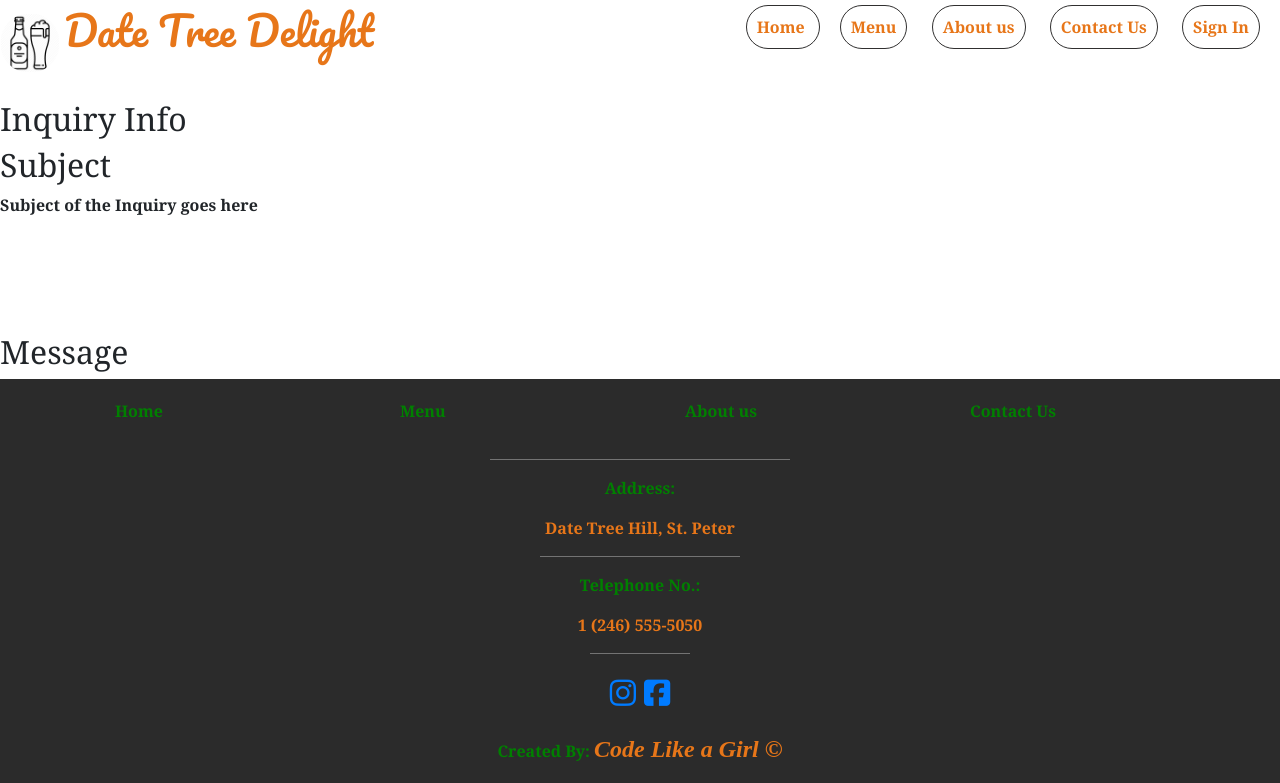
Repository: jadagoring/DateTreeDelight
Page: http://localhost/inquiryinfo.php
An editor plug-in stored every save of this project. The page is shown before and after the next save, followed by the edit.
The browser window is 1280 px wide. The pictures show the whole page.
Some web libraries are served in a nearby version. The page is run by PHP 8.4 with error messages shown; the project is at /var/www/html/.

Above is the page before, as saved 2020-06-04 19:15:38.

After the next save:
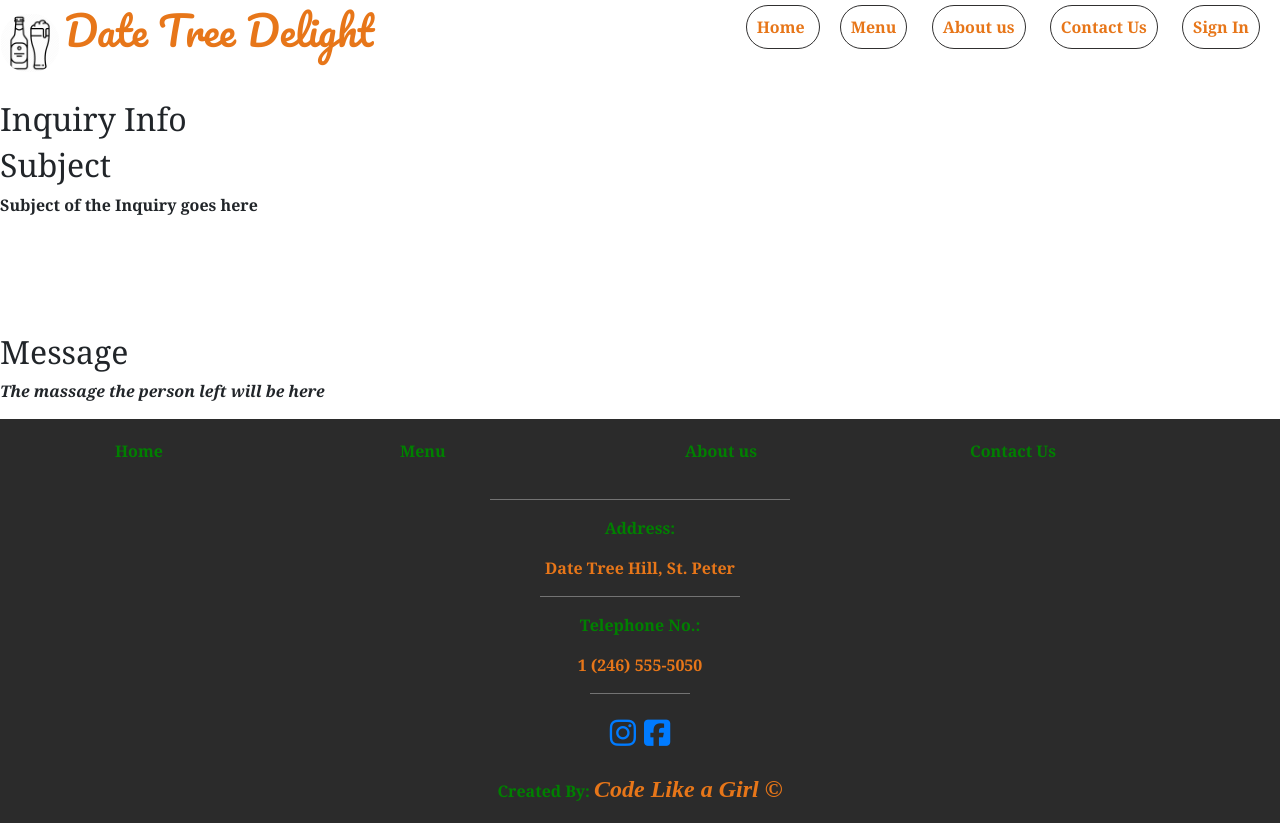
Saved 35 s later.
--- a/inquiryinfo.php
+++ b/inquiryinfo.php
@@ -13,6 +13,7 @@ $connect = mysqli_connect("localhost", "root", "", "cart_system");
     <p>Subject of the Inquiry goes here</p>
     <div class="seperator-div"></div>
     <h2>Message</h2>
+    <p><i>The massage the person left will be here</i></p>
 </div>
 
 <?php include "templates/footer.php"; ?>
